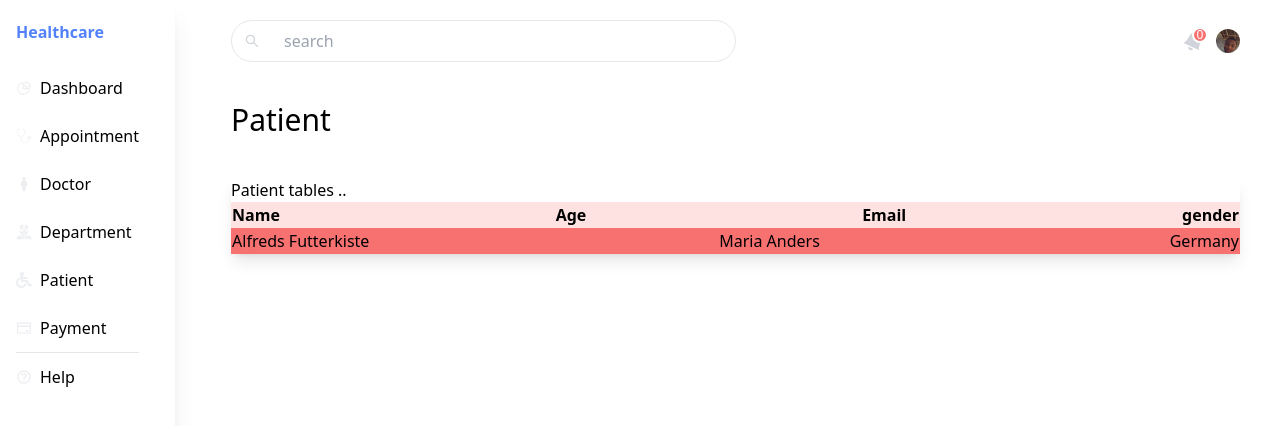
Repository: hisreal123/healthcare-dashboard
Page: /patient
These files come from the project's save history. The page is drawn as it stood at one moment and after a run of saves; the edit follows.
The browser window is 1280 px wide. The pictures show the whole page.
The project was rebuilt for these pictures with package versions that can differ from the ones it lists, and the page was loaded fresh each time. Also part of the build but not shown: vite.config.ts, src/routes/Error.tsx, src/views/Dashboard.tsx, components/tables/AppointementTable.tsx, src/views/Appointment.tsx, src/views/Doctor.tsx, src/views/Department.tsx, src/views/Payment.tsx and 1 more.

Above is the page before, as saved 2023-05-05 19:05:13.

### src/main.tsx
import React from 'react'
import ReactDOM from 'react-dom/client'
import App from './App.tsx'
import './index.css'


ReactDOM.createRoot(document.getElementById('root') as HTMLElement).render(
  <React.StrictMode>
    <App />
  </React.StrictMode>,
)

### src/App.tsx
import React from "react"
import {
  createBrowserRouter,
  RouterProvider,
} from "react-router-dom";
import Navigation from "../components/Navigation";
import Error from "./routes/Error";
import Dashboard from "./views/Dashboard";
import Appointment from "./views/Appointment";
import Doctor from "./views/Doctor";
import Department from "./views/Department";
import Patient from "./views/Patient";
import Payment from "./views/Payment";
import Help from "./views/Help";
import { Provider } from "react-redux";
import store from '../redux/store';

const router = createBrowserRouter([
  {
    path: "/",
    element: <Navigation />,
    errorElement: <Error />,

    children: [
      {
        path: "/dashboard",
        element: <Dashboard />,
      },
      {
        path: "/appointment",
        element: <Appointment />,
      },
      {
        path: "/doctor",
        element: <Doctor />,
      },
      {
        path: "/department",
        element: <Department />,
      },
      {
        path: "/patient",
        element: <Patient />,
      },
      {
        path: "/payment",
        element: <Payment />,
      },
      {
        path: "/help",
        element: <Help />,
      },
    ]

  }
]);



function App() {
  return (
    <Provider store={store}>
      <RouterProvider router={router} />
    </Provider>
  )
}

export default App

### components/Navigation.tsx
import { Outlet } from "react-router-dom";
import { list } from "../src/data/Links";

export default function Navigation() {

    return (
        <>
            <section className="flex space-x-4">
                <div id="sidebar" className="  h-screen shadow-xl group">
                    <div className="px-4 ">

                        {/* logo */}
                        <div >
                            <h1 className="py-5 text-[#5282FB] font-bold">Healthcare</h1>
                        </div>

                        {/* nav */}
                        <nav className="relative pr-5 ">
                            <ul className="relative">
                                {list.map((list, index) => {
                                    return (
                                        <li key={index} className="flex space-x-2 items-center py-3 last:border-t ">
                                            <span className="text-gray-200/70 text-md ">{list.icon}</span>
                                            <a href={`./${list.link}`} className="focus:text-[#5282FB] ">{list.name}</a>
                                        </li>
                                    )
                                })}
                            </ul>
                        </nav>
                    </div>
                </div>
                <div id="detail" className="relative w-full"><Outlet /></div>
            </section>
        </>
    );
}

### src/views/Patient.tsx
import React from 'react'
import ProfileHeader from '../../components/holders/ProfileHeader'
import PatientTable from '../../components/tables/PatientsTable'


export default function Patient() {
    return (
        <>
            <section
                className=" px-10 pt-5 w-full relative">
                <ProfileHeader />

                <main className="div mt-10">
                    <h1 className='lg:text-3xl'> Patient</h1>
                    <PatientTable />
                </main>
            </section>
        </>
    )
}

### redux/store.js
import { configureStore } from "@reduxjs/toolkit";
import AppointmentReducer from "./slices/Appointment";
import patientsReducer from "./slices/Patient";



const store = configureStore({
    reducer : {
        appointments:  AppointmentReducer,
        patients:  patientsReducer,
    }
})


export default store

### src/data/Links.tsx
import { Home, BarChart2 } from 'react-feather';
import { GiStethoscope, GiPerson, GiNurseMale } from 'react-icons/gi'
import { FaWheelchair } from 'react-icons/fa'
import { AiOutlineCreditCard, AiOutlinePieChart } from 'react-icons/ai'
import { BiHelpCircle } from 'react-icons/bi'


type Class  = {
    id: number,
    icon: any,
    name:  string,
    link: string
}


export const list: Class[]= [
    {
        id: 1,
        icon: <AiOutlinePieChart />,
        name: 'Dashboard',
        link: './dashboard',
    },
    {
        id: 2,
        icon: <GiStethoscope />,
        name: 'Appointment',
        link: './Appointment',
    },
    {
        id: 3,
        icon: <GiPerson />,
        name: 'Doctor',
        link: './doctor',
    },
    {
        id: 4,
        icon: <GiNurseMale />,
        name: 'Department',
        link: './department',
    },
    {
        id: 5,
        icon: <FaWheelchair />,
        name: 'Patient',
        link: './patient',
    },
    {
        id: 6,
        icon: <AiOutlineCreditCard />,
        name: 'Payment',
        link: './payment',
    },
    {
        id: 7,
        icon: <BiHelpCircle />,
        name: 'Help',
        link: './help',
    },
]

### components/holders/ProfileHeader.tsx
import React from 'react'
import SearchBar from '../Misc/SearchBar'
import { BsFillBellFill } from 'react-icons/bs'



type ImageWrapperProp = {
    ImageWrapperStyle?: string
}
export const ImageWrapper = ({ ImageWrapperStyle }: ImageWrapperProp) => {
    return (
        <>
            <div className={` ${ImageWrapperStyle} cursor-pointer h-6 w-6 overflow-hidden rounded-full bg-black hover:h-6 hover:w-6`}>
                <img src='./profile.jpg' alt="" className='object-center ' />
            </div>
        </>
    )
}


export default function ProfileHeader() {

    const count = 0
    return (
        <>
            <section className='flex items-center justify-between relative w-full'>

                <SearchBar />

                <div className="right flex  items-center space-x-3">

                    <span className='relative group'>
                        <BsFillBellFill className=" cursor-pointer text-xl text-gray-300 rotate-[25deg] group-hover:text-gray-400" />
                        <span className=" cursor-pointer absolute -top-1 -right-1 text-xs text-white border-2 border-white  bg-red-400  group-hover:bg-red-600 rounded-full h-4 w-4  flex items-center  justify-center">
                            {count}
                        </span>
                    </span>


                    <ImageWrapper ImageWrapperStyle='' />
                </div>
            </section>
        </>
    )
}

### components/tables/PatientsTable.tsx
import React, { Fragment } from 'react'
import { useSelector } from 'react-redux'
import { selectAllPatient } from '../../redux/slices/Patient'
import { ImageWrapper } from '../holders/ProfileHeader'


type PatientTableProps = {
    patientStyle?: string
}


export default function PatientTable({ patientStyle }: PatientTableProps) {

    const patients: any = useSelector(selectAllPatient);
    console.log(patients)


    const PatientList = patients.map((patient: any, index: number) => {
        return (
            <>
                <tr key={index} className="">
                    <td className='flex item-center space-x-2'>
                        <ImageWrapper />
                        <span>
                            {patient.name}
                        </span>
                    </td>
                    <td>{patient.email}</td>
                    <td>{patient.age}</td>
                    <td>{patient.gender}</td>
                </tr>
            </>
        )
    })



    const PTable = () => {
        return (
            <>
                <table className="relative w-full bg-red-400 inline-block">
                    <tr className='flex-1 w-full bg-red-100 flex relative justify-between'>
                        <th>Name</th>
                        <th>Age</th>
                        <th>Email</th>
                        <th>gender</th>
                    </tr>
                    <tr className='flex-1 w-full flex relative justify-between'>
                        <td>Alfreds Futterkiste</td>
                        <td>Maria Anders</td>
                        <td>Germany</td>
                    </tr>
                </table>
            </>
        )
    }


    return (
        <>
            <section className={`${patientStyle} mt-10 bg-white shadow-lg relative`}>
                <h1> Patient tables ..</h1>
                <PTable />
            </section>
        </>
    )
}

### redux/slices/Appointment.js
import { createSlice } from "@reduxjs/toolkit";
import { sub } from "date-fns";

// const GENDER =  'M' || 'F',

// const userType = {
//     id: String,
//     name: String,
//     gender: String,
//     age: Number,
//     email:String
// }


const initialState = [

]



const appointmentsSlice = createSlice({
    name: 'appointments',
    initialState,
    reducers : {
        createAppointment (state, action ){
            state.push(action.payload)
        }
    }
})


export const createAppointment = appointmentsSlice.actions
export default appointmentsSlice.reducer

### redux/slices/Patient.js
import { createSlice } from "@reduxjs/toolkit";

const initialState = [
    {
        id:'1',
        image: '../profile.jpg',
        name: 'Lexis Alexandra',
        gender: 'M',
        age: 34,
        email: 'alex@gmail.com'
    },
    {
        id:'2',
        image: '../profile.jpg',
        name: 'Ronald Richard',
        gender: 'F',
        age: 40,
        email: 'Ronald@outlook.com'
    },
];

const patientsSlice = createSlice({
    name: 'patients',
    initialState,
    reducers: {
        addPatient(state, action) {
            state.push(action.payload);
        },
    },
});

export const selectAllPatient = (state) => state.patients;
export const { addPatient } = patientsSlice.actions;
export default patientsSlice.reducer;

### components/Misc/SearchBar.tsx
import React from 'react'
import { AiOutlineSearch } from 'react-icons/ai'

type SearchProps = {
    SearchStyle?: string
}

export default function SearchBar({ SearchStyle }: SearchProps) {
    const [name, setName] = React.useState('');



    const handleSearchClicked = (e: any) => {
        setName(e.target.value)
        console.log(name)
    }

    const handleFormSearch = (e: any) => {
        e.preventDefault()
        console.log(name)

        setName('')
    }
    return (
        <>
            <div className="search flex rounded-3xl overflow-hidden border items-center  w-1/2 ">
                <form className='flex items-center' onSubmit={handleFormSearch}>
                    <span className='px-3 relative'>
                        <AiOutlineSearch className="text-gray-300" onClick={handleSearchClicked} />
                    </span>
                    <input
                        type="text"
                        placeholder='search'
                        className={`${SearchStyle}  outline-none w-full py-2 pl-3 `}
                        aria-expanded
                        value={name}
                        onChange={handleSearchClicked}
                    />
                </form>
            </div>
        </>
    )
}

### tailwind.config.js
/** @type {import('tailwindcss').Config} */
export default {
   content: [
    "./index.html",
    "./src/**/*.{js,ts,jsx,tsx}",
    "./components/**/*.{js,ts,jsx,tsx}",
  ],
  theme: {
    extend: {},
  },
  plugins: [],
}

Loaded but not shown: index.html (common file); src/index.css (common file)

After the next 2 saves:
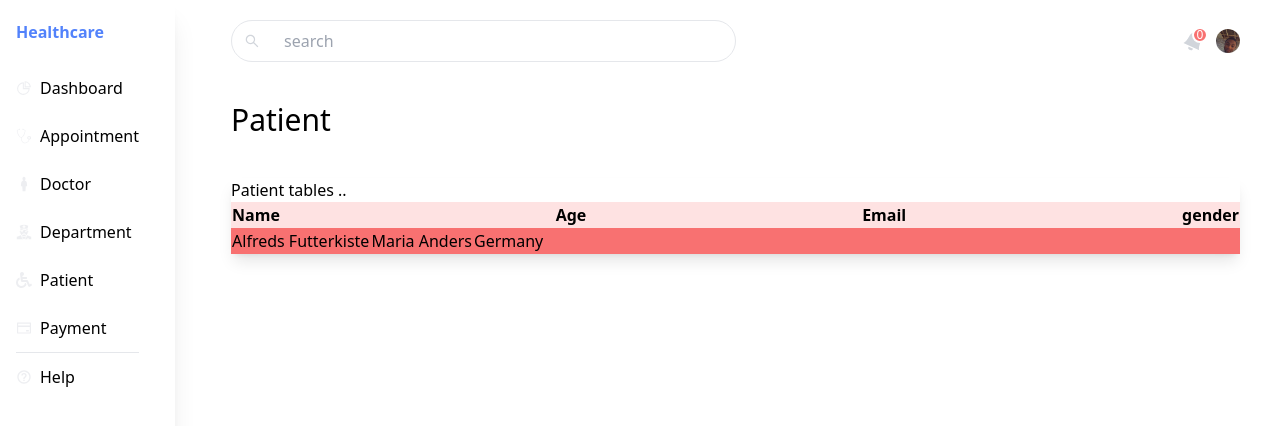
The 2 saves are shown as one change because they came seconds apart.
The last was saved 8 s later.
--- a/components/tables/PatientsTable.tsx
+++ b/components/tables/PatientsTable.tsx
@@ -18,7 +18,7 @@ export default function PatientTable({ patientStyle }: PatientTableProps) {
     const PatientList = patients.map((patient: any, index: number) => {
         return (
             <>
-                <tr key={index} className="">
+                <tr key={index} className="flex-1 w-full flex relative justify-between">
                     <td className='flex item-center space-x-2'>
                         <ImageWrapper />
                         <span>
@@ -45,7 +45,7 @@ export default function PatientTable({ patientStyle }: PatientTableProps) {
                         <th>Email</th>
                         <th>gender</th>
                     </tr>
-                    <tr className='flex-1 w-full flex relative justify-between'>
+                    <tr className=''>
                         <td>Alfreds Futterkiste</td>
                         <td>Maria Anders</td>
                         <td>Germany</td>
